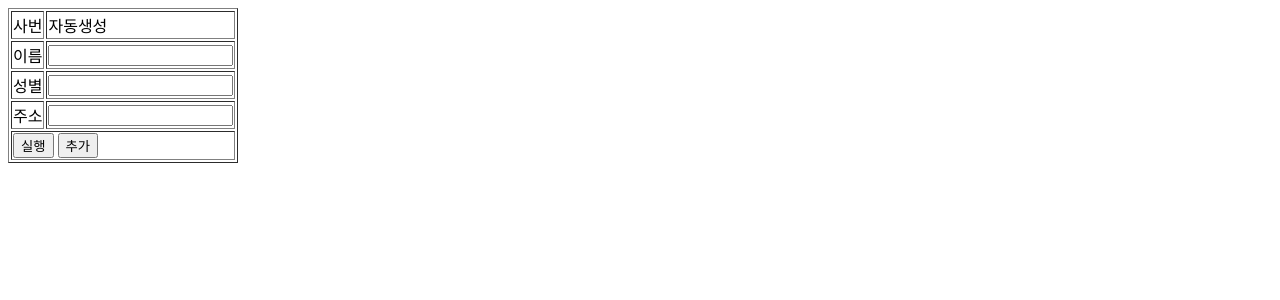
Repository: yhj961120/python-basic
Page: HELLO PYTHON/day10/templates/emp_add.html
The author's editor kept a copy of each file at every save. The page is drawn from the files as they stood at one save, then again after the next save.
The browser window is 1280 px wide. The pictures show the whole page.

Above is the page before, as saved 2022-07-07 00:28:40.

### HELLO PYTHON/day10/templates/emp_add.html
<!DOCTYPE html>
<html>
<head>
<meta charset="UTF-8">
<title>Insert title here</title>
<script type="text/javascript">
</script>
</head>
<body>
<form action="emp_mod_act" method="post" >
<table border="1px">
	<tr>
		<td>사번</td>
		<td>자동생성</td>
	</tr>
	<tr>
		<td>이름</td>
		<td><input type="text" name="e_name" value="" /></td>
	</tr>
	<tr>
		<td>성별</td>
		<td><input type="text" name="sex" value="" /></td>
	</tr>
	<tr>
		<td>주소</td>
		<td><input type="text" name="addr" value="" /></td>
	</tr>
	<tr>
		<td colspan="2">
			<input type="submit" value="실행" />
			<input type="submit" value="추가" />
		</td>
	</tr>
</table>
</form>

</body>
</html>

After the next save:
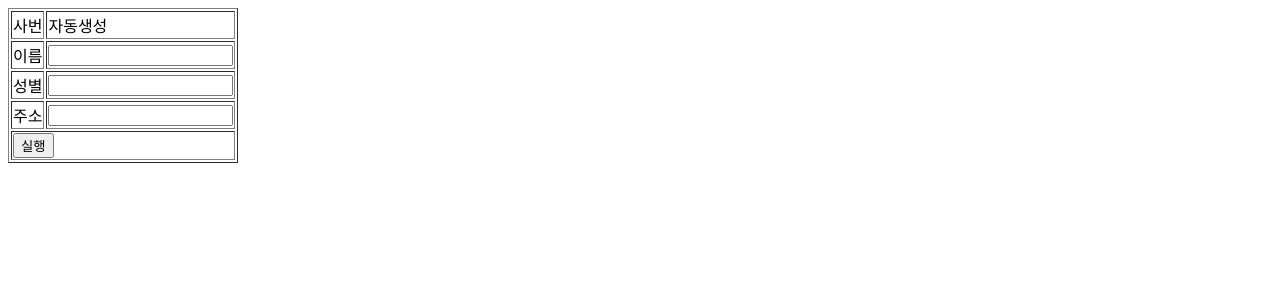
Saved 18 s later.
--- a/HELLO PYTHON/day10/templates/emp_add.html
+++ b/HELLO PYTHON/day10/templates/emp_add.html
@@ -4,10 +4,11 @@
 <meta charset="UTF-8">
 <title>Insert title here</title>
 <script type="text/javascript">
+
 </script>
 </head>
 <body>
-<form action="emp_mod_act" method="post" >
+<form action="emp_add_act" method="post" >
 <table border="1px">
 	<tr>
 		<td>사번</td>
@@ -28,7 +29,6 @@
 	<tr>
 		<td colspan="2">
 			<input type="submit" value="실행" />
-			<input type="submit" value="추가" />
 		</td>
 	</tr>
 </table>
